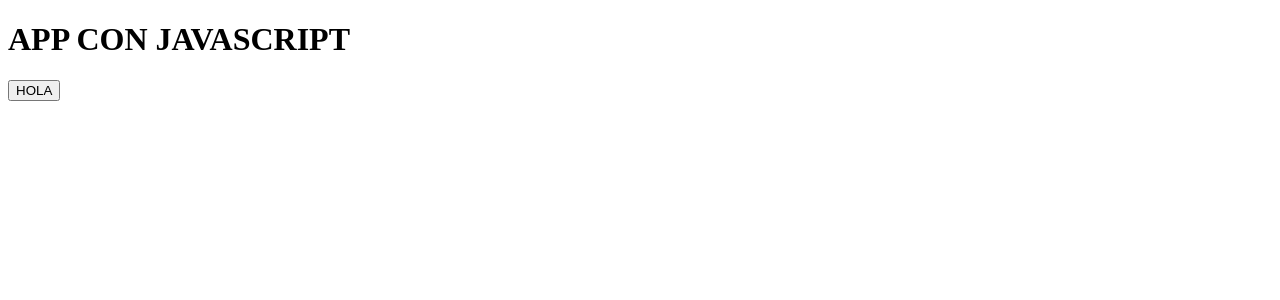
Repository: montsecg/nuclio-javascript-lecture-montse
Page: index.html
The author's editor kept a copy of each file at every save. The page is drawn from the files as they stood at one save, then again after the next save.
The browser window is 1280 px wide. The pictures show the whole page.
After loading, the first visible `button` was clicked once.

Above is the page before, as saved 2021-04-15 19:22:42.

After the next save:
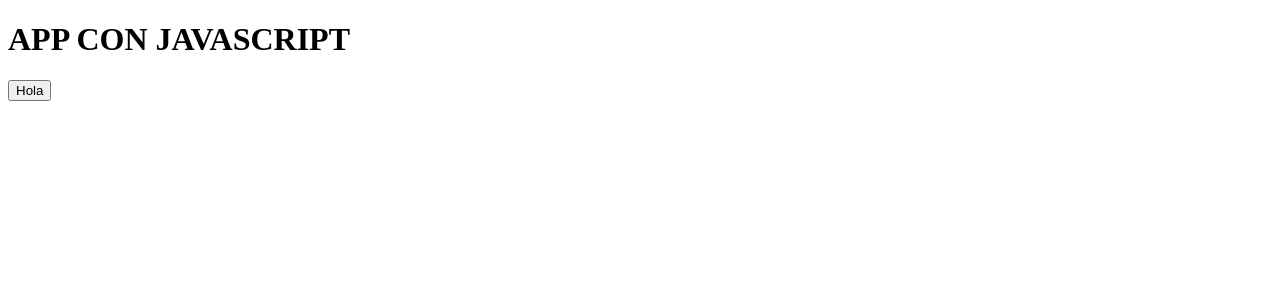
Saved 31 s later.
--- a/index.js
+++ b/index.js
@@ -7,5 +7,5 @@
 });*/
 
 button.addEventListener("click", () =>{ /*primer parámeto(click)= el nombre del evento que se quiere escuchar con la función addEventListener*/
-    button.innerText = "HOLA";/*segundo parámetro (String) = la acción que se ha de ejecutar cuando ocurra el evento especificado en el primer parámetro*/
+    button.innerText = "Hola";/*segundo parámetro (String) = la acción que se ha de ejecutar cuando ocurra el evento especificado en el primer parámetro*/
 });
